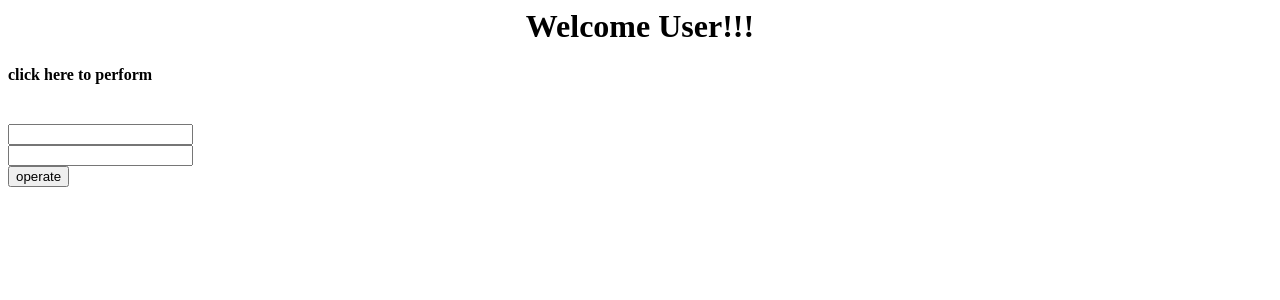
Repository: Rahul1488/servlets
Page: http://localhost/jspproject/
The author's editor kept a copy of each file at every save. The page is drawn from the files as they stood at one save, then again after the next save.
The browser window is 1280 px wide. The pictures show the whole page.
The page is served by Tomcat 9.

Above is the page before, as saved 2021-12-31 04:04:03.

### jspproject/src/main/webapp/index.jsp
<html>
<body>

 <h1 align="center">Welcome User!!!</h1>
<form action="./number.jsp"><h4>click here to perform</h4>
<br>
<input type="text" name="number1">
<br>
<input type="text" name="number2">
<br>
<input type="submit" value="operate">
</form>
</body>
</html>

After the next save:
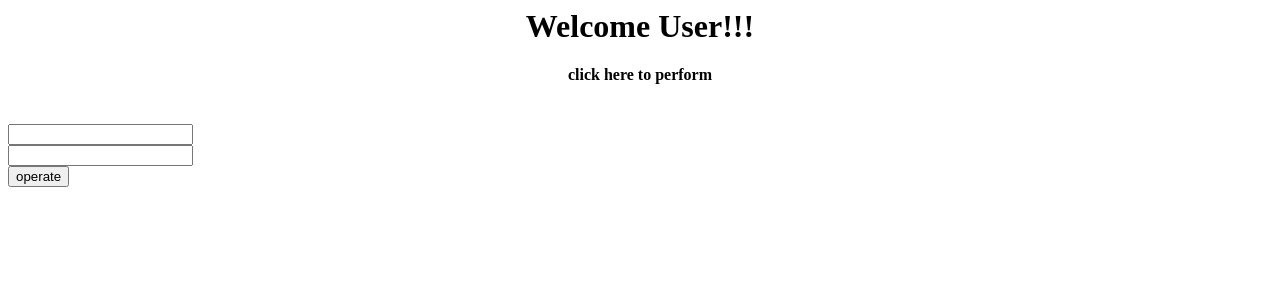
Saved 29 s later.
--- a/jspproject/src/main/webapp/index.jsp
+++ b/jspproject/src/main/webapp/index.jsp
@@ -2,7 +2,7 @@
 <body>
 
  <h1 align="center">Welcome User!!!</h1>
-<form action="./number.jsp"><h4>click here to perform</h4>
+<form action="./number.jsp"><h4 align="center">click here to perform</h4>
 <br>
 <input type="text" name="number1">
 <br>
